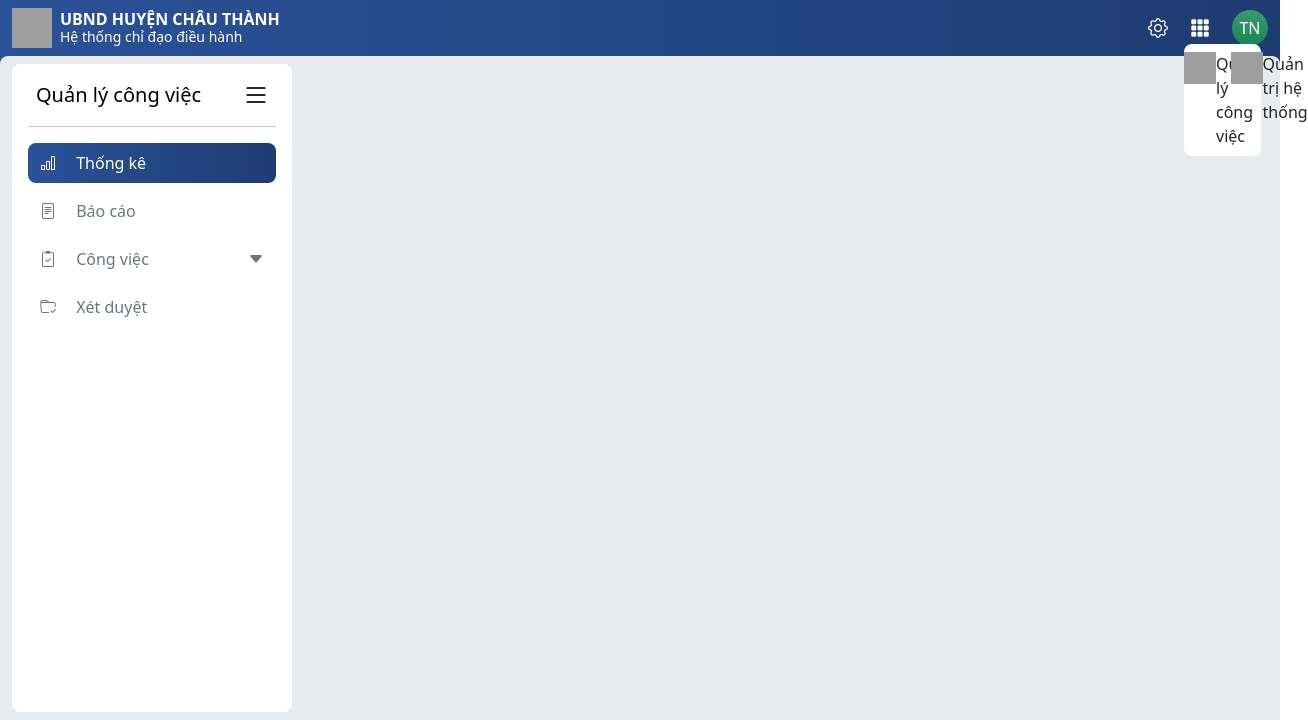
Repository: mys-pro/DATT-HeThongChiDaoDieuHanh
Page: index.html
The author's editor kept a copy of each file at every save. The page is drawn from the files as they stood at one save, then again after the next save.
The browser window is 1280 px wide. The page is 1308 px wide, so the pictures cover 1308 px, including what lies to the right of the window. The pictures show the whole page.
Pictures or frames that could not be fetched are drawn as grey boxes.

Above is the page before, as saved 2024-04-21 15:03:52.

After the next save:
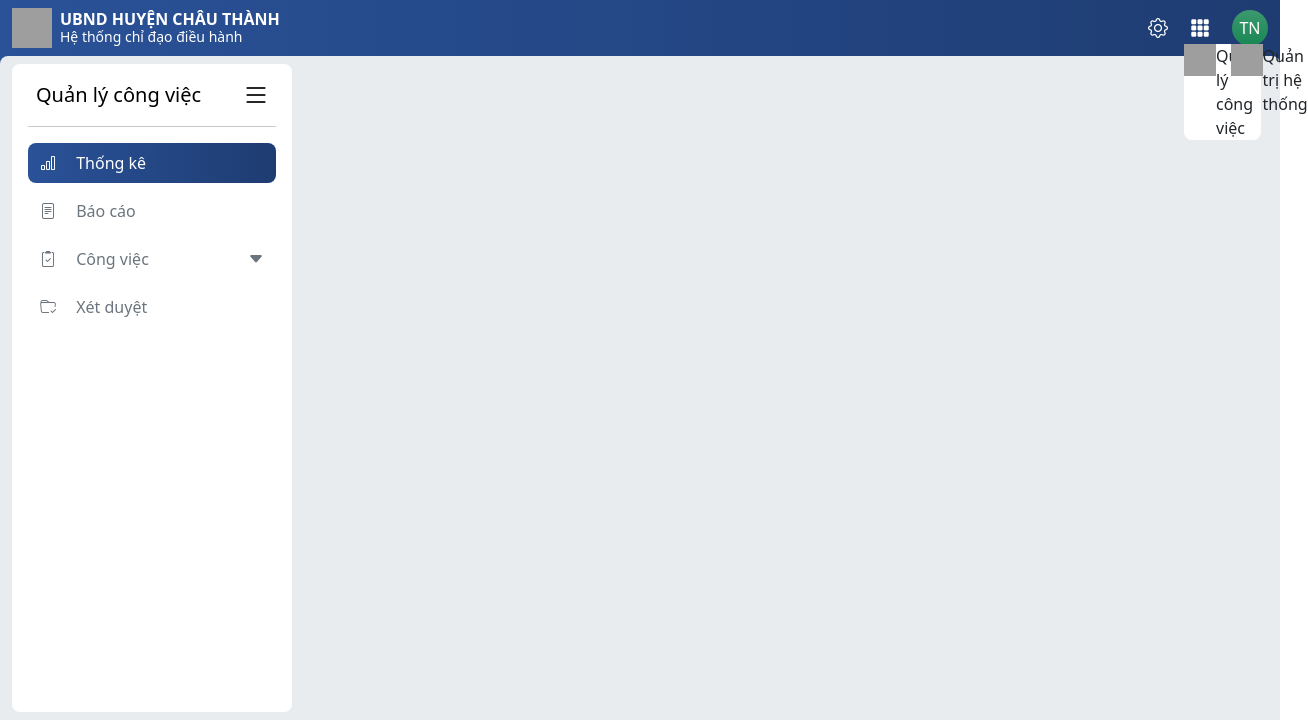
Saved 9 s later.
--- a/index.html
+++ b/index.html
@@ -38,7 +38,7 @@
                                 id="dropdown-apps">
                                 <i class="bi bi-grid-3x3-gap-fill fs-5"></i>
                             </button>
-                            <div class="list-apps bg-white rounded-3 position-absolute py-2">
+                            <div class="list-apps bg-white rounded-3 position-absolute">
                                 <div class="row row-cols-2 gx-3">
                                     <div class="col d-flex">
                                         <img src="./Assets/Image/task-icon.png" alt="" width="32px" height="32px">
